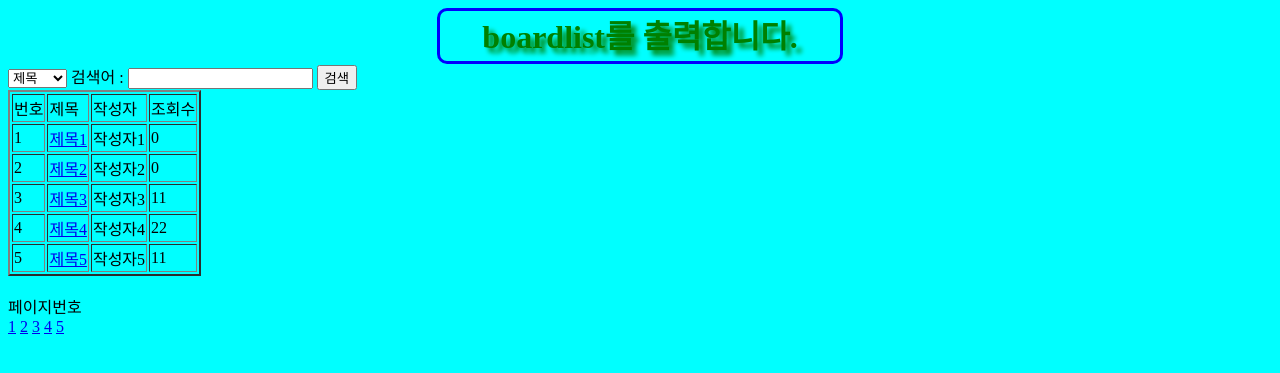
Repository: Pang-Ho/TIL
Page: JavaScript/workspace_web/htmltest/WebContent/boardlist.html
The author's editor kept a copy of each file at every save. The page is drawn from the files as they stood at one save, then again after the next save.
The browser window is 1280 px wide. The pictures show the whole page.

Above is the page before, as saved 2021-08-20 08:39:33.

After the next save:
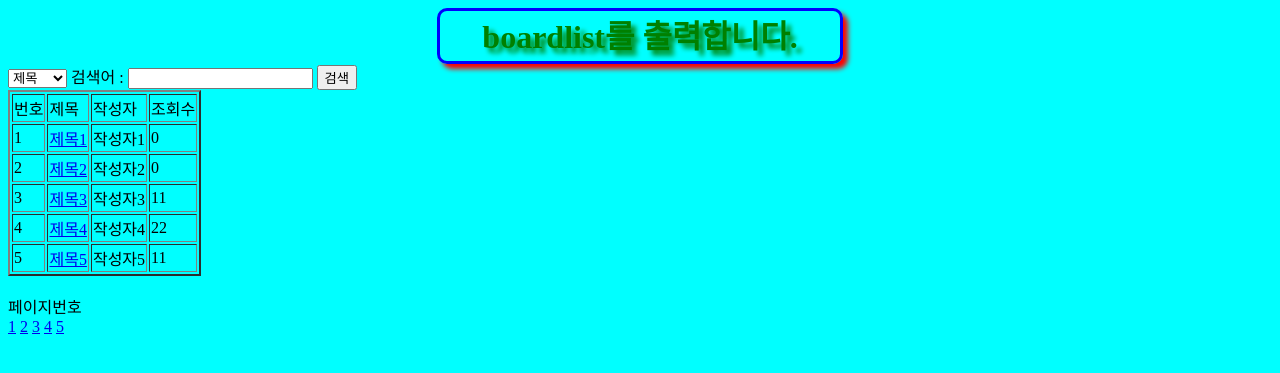
Saved 25 s later.
--- a/JavaScript/workspace_web/htmltest/WebContent/boardlist.html
+++ b/JavaScript/workspace_web/htmltest/WebContent/boardlist.html
@@ -13,6 +13,7 @@
 	margin:auto;
 	text-align:center;
 	text-shadow : 5px 5px 5px green;
+	box-shadow : 5px 5px 5px red;
 	height : 50px;
 	border : solid blue;
 	border-radius: 10px 10px 10px 10px;
